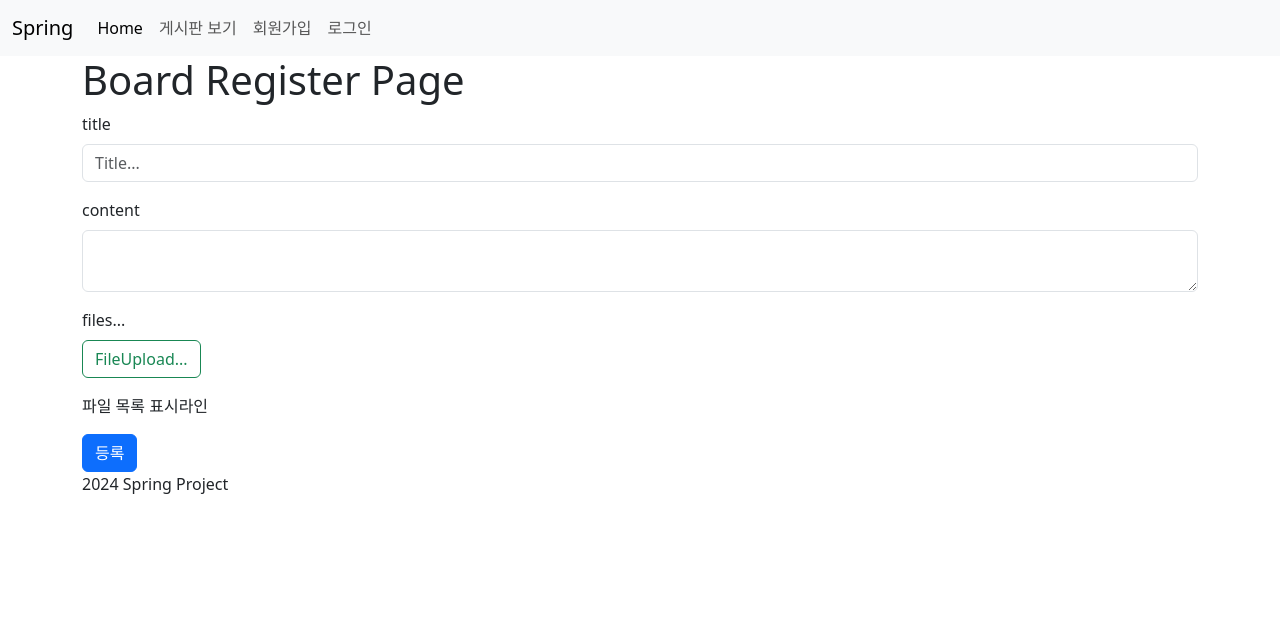
Repository: havanara/240423_SPRING_Project
Page: http://localhost/spring_test2/WEB-INF/views/board/register.jsp
An editor plug-in stored every save of this project. The page is shown before and after the next save, followed by the edit.
The browser window is 1280 px wide. The pictures show the whole page.
The page is served by Tomcat 9. Nobody is signed in. Other server files are loaded and not shown. The template is opened directly, without the code that normally fills it, so the values that code supplies are empty.

Above is the page before, as saved 2024-05-08 06:48:52.
Console error: TypeError: Cannot read properties of null (reading 'addEventListener')

### spring_test2/src/main/webapp/WEB-INF/views/board/register.jsp
<%@ page language="java" contentType="text/html; charset=UTF-8"
    pageEncoding="UTF-8"%>
    <%@taglib uri="http://www.springframework.org/security/tags" prefix="sec" %>

<jsp:include page="../layout/header.jsp" />


<div class="container-md">
<h1>Board Register Page</h1>
	<form action="/board/insert" method="post" enctype="multipart/form-data">
		<div class="mb-3">
		  <label for="t" class="form-label">title</label>
		  <input type="text" class="form-control" name="title" id="t" placeholder="Title...">
		</div>

		<sec:authentication property="principal.uvo.nickName" var="authNick">
		<div class="mb-3">
		  <label for="w" class="form-label">writer</label>
		  <input type="text" class="form-control" name="writer" id="w" value="${authNick }" readonly="readonly">
		</div>
		</sec:authentication>

		<div class="mb-3">
		  <label for="c" class="form-label">content</label>
		  <textarea class="form-control" name="content" id="c" aria-label="With textarea"></textarea>
		</div>

		<!-- 파일 입력 라인 추가 -->
 		<div class="mb-3">
		  <label for="file" class="form-label">files...</label>
		  <!-- multiple -> input 한개에 여러개의 값을 넣을 수 있음 -->
		  <input type="file" class="form-control" name="files" id="file" multiple="multiple" style="display: none"><br>
		  <button type="button" class="btn btn-outline-success" id="trigger">FileUpload...</button>
		</div>

		파일 목록 표시라인
		<div class="mb-3" id="fileZone"></div>

		<button type="submit" class="btn btn-primary" id="regBtn">등록</button>
	</form>
</div>

<script type="text/javascript" src="/re/js/boardRegister.js">

</script>

<jsp:include page="../layout/footer.jsp" />

</html>

### spring_test2/src/main/webapp/WEB-INF/views/layout/header.jsp
<%@ page language="java" contentType="text/html; charset=UTF-8"
    pageEncoding="UTF-8"%>
    <%@ taglib uri="http://java.sun.com/jsp/jstl/core" prefix="c" %>
    <%@ taglib uri="http://www.springframework.org/security/tags" prefix="sec" %>
<!DOCTYPE html>
<html>
<head>
<meta charset="UTF-8">
<title>header.jsp</title>
<link href="/re/css/bootstrap.min.css" rel="stylesheet" integrity="sha384-QWTKZyjpPEjISv5WaRU9OFeRpok6YctnYmDr5pNlyT2bRjXh0JMhjY6hW+ALEwIH" crossorigin="anonymous">
<script src="/re/js/bootstrap.bundle.min.js" integrity="sha384-YvpcrYf0tY3lHB60NNkmXc5s9fDVZLESaAA55NDzOxhy9GkcIdslK1eN7N6jIeHz" crossorigin="anonymous"></script>
</head>
<body>
<nav class="navbar navbar-expand-lg bg-body-tertiary">
  <div class="container-fluid">
    <a class="navbar-brand" href="#">Spring</a>
    <button class="navbar-toggler" type="button" data-bs-toggle="collapse" data-bs-target="#navbarSupportedContent" aria-controls="navbarSupportedContent" aria-expanded="false" aria-label="Toggle navigation">
      <span class="navbar-toggler-icon"></span>
    </button>
    <div class="collapse navbar-collapse" id="navbarSupportedContent">
      <ul class="navbar-nav me-auto mb-2 mb-lg-0">
        <li class="nav-item">
          <a class="nav-link active" aria-current="page" href="/">Home</a>
        </li>
        <li class="nav-item">
          <a class="nav-link" href="/board/list">게시판 보기</a>
        </li>

        <sec:authorize access="isAnonymous()">
	         <li class="nav-item">
	          <a class="nav-link" href="/user/register">회원가입</a>
	        </li>
	        <li class="nav-item">
	          <a class="nav-link" href="/user/login">로그인</a>
	        </li>
        </sec:authorize>

        <!-- access의 권한이 있는지 확인 -->
        <!-- 현재 사용자의 정보 : principal -->
        <sec:authorize access="isAuthenticated()">
        <sec:authentication property="principal.uvo.email" var="authEmail"/>
        <sec:authentication property="principal.uvo.nickName" var="authNick"/>
        <sec:authentication property="principal.uvo.authList" var="auths"/>
        <li class="nav-item">
          <a class="nav-link" href="/board/register">게시판 글쓰기</a>
        </li>
        <c:choose>
        	<c:when test="${auths.stream().anyMatch(authVO -> authVO.auth.equals('ROLE_ADMIN')).get() }">
		        <li class="nav-item">
		          <a class="nav-link" href="#">회원리스트 ${authNick }(${authEmail } / ADMIN)</a>
	    	    </li>
        	</c:when>
        	<c:otherwise>
	        	<li class="nav-item">
	          	  <a class="nav-link" href="#">회원정보수정 ${authNick}(${authEmail})</a>
	        	</li>
        	</c:otherwise>
        </c:choose>

	        <li class="nav-item">
	          <a class="nav-link" href="" id="logoutLink">로그아웃</a>
	        </li>

	        <form action="/user/logout" method="post" id="logoutForm">
	        	<!-- 인증된 계정의 이메일 -->
	        	<input type="hidden" name="email" value="${authEmail }">
	        </form>
        </sec:authorize>


      </ul>
    </div>
  </div>
</nav>

<script type="text/javascript">
document.getElementById('logoutLink').addEventListener('click',(e)=>{
	e.preventDefault();
    document.getElementById('logoutForm').submit();
});
</script>

### spring_test2/src/main/webapp/WEB-INF/views/layout/footer.jsp
<%@ page language="java" contentType="text/html; charset=UTF-8"
    pageEncoding="UTF-8"%>
<!DOCTYPE html>

<div class="container-md">
	2024 Spring Project
</div>

</body>
</html>

### spring_test2/src/main/webapp/resources/js/boardRegister.js
console.log("boardRegister js in")

//트리거 버튼 처리
document.getElementById('trigger').addEventListener('click',()=>{
    document.getElementById('file').click();
});

//실행 파일에 대한 정규 표현식 작성 / 파일 최대 사이즈
const regExp = new RegExp("\.(exe|sh|bat|dll|jar|msi)$");
const maxSize = 1024*1024*20;

function fileValidation(fileName, fileSize){
    if(regExp.test(fileName)){
        return 0;
    }else if(fileSize > maxSize){
        return 0;
    }else{
        return 1;
    }
}

document.addEventListener('change', (e)=>{
    if(e.target.id == 'file'){ //파일에 변화가 생겼다면
        //files는 input type="file"의 element에 저장된 file의 정보를 가져오는 property
        const fileObj = document.getElementById('file').files;
        console.log(fileObj);

        document.getElementById('regBtn').disabled = false; //한번 disabled이 true 처리된건 혼자 풀지 못해 처음에 false처리를 해야함

        //등록된 file의 정보를 fileZone에 기록
        let div = document.getElementById('fileZone');
        div.innerHTML = ''; //기존에 혹시나 있을 div에 추가되어있던 값 비우기

        // ul > li로 파일 목록 추가
        // <ul class="list-group list-group-flush">
        //     <li class="list-group-item">An item</li>
        // </ul>

        //여러개의 등록 파일이 모두 검증을 통과해야하기 때문에
        //isOK를 두어서 *(곱하기)로 각각 파일이 통과할때마다 연산을 실행 -> 통과 여부 확인
        let isOk = 1; //곱해야 하니까 0이면 안됨
        let ul = `<ul class="list-group list-group-flush">`;
        for(let file of fileObj){
            //개별 파일 검증 통과 결과
            let vaildResult = fileValidation(file.name, file.size);
            isOk *= vaildResult;
            ul += `<li class="list-group-item">`;
            ul += `<div class="mb-3">`;
            ul += `${vaildResult ? '<div class="fw-bold">업로드 가능</div>' : '<div class="fw-bold text-danger">업로드 불가능</div>'}`;
            ul += `${file.name}</div>`;
            ul += `<span class="badge rounded-pill text-bg${vaildResult ? 'success' : 'danger'}">${file.size}Bytes</span>`;
            ul += `</li>`;
        }
        ul += `</ul>`;
        div.innerHTML = ul;

        if(isOk == 0){ //isOK가 0이라는건 하나라도 파일이 검증을 통과하지 못했다는 의미(버튼 비활성화 처리)
            document.getElementById('regBtn').disabled = true; //한번 disabled이 true 처리된건 혼자 풀지 못해 처음에 false처리를 해야함
        }
    }
});

Loaded but not shown: spring_test2/src/main/webapp/resources/css/bootstrap.min.css (library); spring_test2/src/main/webapp/resources/js/bootstrap.bundle.min.js (library)

After the next save:
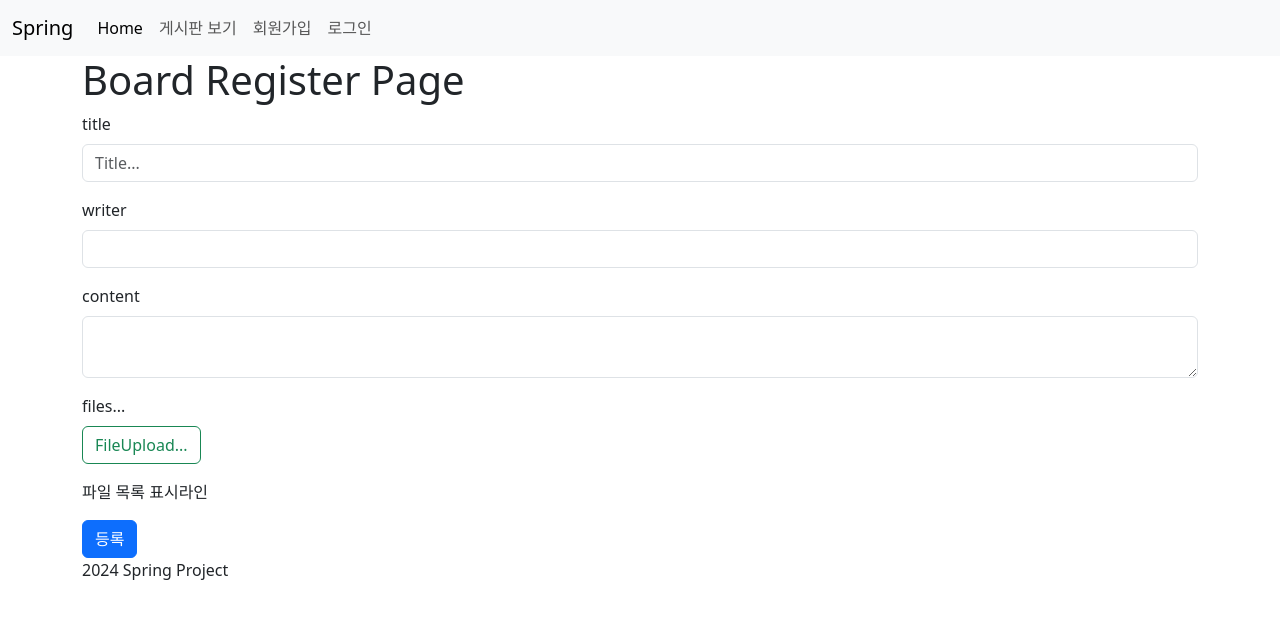
Saved 53 s later.
--- a/spring_test2/src/main/webapp/WEB-INF/views/board/register.jsp
+++ b/spring_test2/src/main/webapp/WEB-INF/views/board/register.jsp
@@ -13,12 +13,11 @@
 		  <input type="text" class="form-control" name="title" id="t" placeholder="Title...">
 		</div>
 
-		<sec:authentication property="principal.uvo.nickName" var="authNick">
+		<sec:authentication property="principal.uvo.nickName" var="authNick" />
 		<div class="mb-3">
 		  <label for="w" class="form-label">writer</label>
 		  <input type="text" class="form-control" name="writer" id="w" value="${authNick }" readonly="readonly">
 		</div>
-		</sec:authentication>
 
 		<div class="mb-3">
 		  <label for="c" class="form-label">content</label>
